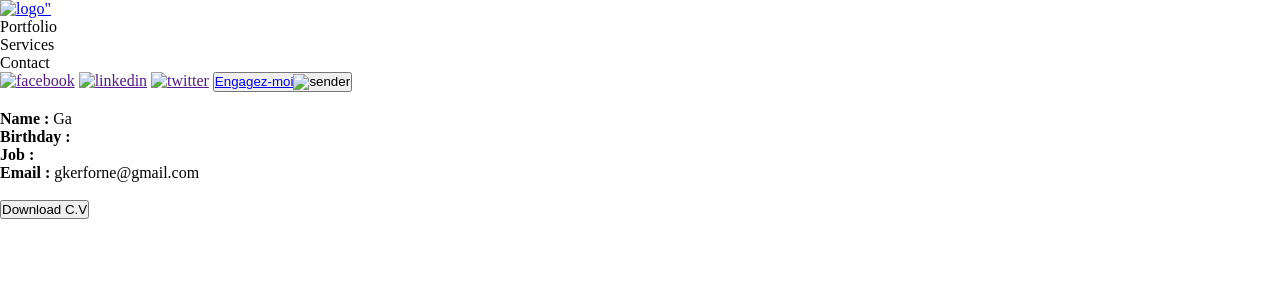
Repository: helfina/my_SiteWeb_gaelle-kfe
Page: index.html
An editor plug-in stored every save of this project. The page is shown before and after the next save, followed by the edit.
The browser window is 1280 px wide. The pictures show the whole page.

Above is the page before, as saved 2020-11-08 11:29:51.

### index.html
<!DOCTYPE html>
<html lang="en">
<head>
    <meta charset="UTF-8">
    <meta name="viewport" content="width=device-width, initial-scale=1.0">
    <link rel="stylesheet" href="assets/css/style.css">

    <title>Gaëlle Kerforne étudiante Freelances</title>


</head>
<body>
    <!-------------------------------------------------------------
                                HEADER
    -------------------------------------------------------------->
    <header>
        <nav>
            <a href="index.html"><img src="" alt=logo"></a>
            <ul>
                <li><a href=""></a>Portfolio</li>
                <li><a href=""></a>Services</li>
                <li><a href=""></a>Contact</li>
            </ul>
            <a href=""><img src="" alt="facebook"></a>
            <a href=""><img src="" alt="linkedin"></a>
            <a href=""><img src="" alt="twitter"></a>

            <button><a href="mailto:gkerforne@gmail.com">Engagez-moi</a><img src="" alt="sender"></button>

        </nav>
    </header>
    <main>
        <section>
            <h1></h1>
            <h2></h2>
            <img src="" alt="">
            <ul>
                <li><strong>Name : </strong> Ga</li>
                <li><strong>Birthday : </strong></li>
                <li><strong> Job : </strong></li>
                <li><a href="mailto:gkerforne@gmail.com"></a><strong>Email : </strong> gkerforne@gmail.com</li>
                <li><a href="tel:0786598911"></a><strong></strong></li>
            </ul>
            <button><a href="" download=""></a>Download C.V</button>
        </section>
        <section>
            <h3></h3>
            <h3></h3>
            <div>
                <article>

                </article>
            </div>
            <div>
                <article>

                </article>
            </div>
        </section>
    </main>
</body>
</html>

### assets/css/style.css
/*
                    RESET CSS
*/
* {
  margin: 0;
  padding: 0;
  outline: 0;
  box-sizing: border-box;
}

body {
 background: ;
 color: ;
 -webkit-font-smoothing: antialiased;
}

body, input, button {
 font-size: ;
 font-family: ;
}

button {
 cursor: pointer;
}
/*
                   Index
*/

After the next save:
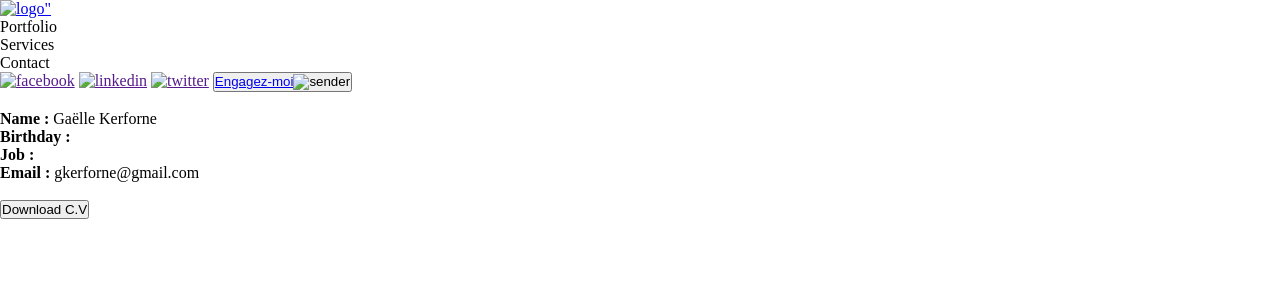
Saved 4 s later.
--- a/index.html
+++ b/index.html
@@ -35,7 +35,7 @@
             <h2></h2>
             <img src="" alt="">
             <ul>
-                <li><strong>Name : </strong> Ga</li>
+                <li><strong>Name : </strong> Gaëlle Kerforne</li>
                 <li><strong>Birthday : </strong></li>
                 <li><strong> Job : </strong></li>
                 <li><a href="mailto:gkerforne@gmail.com"></a><strong>Email : </strong> gkerforne@gmail.com</li>
